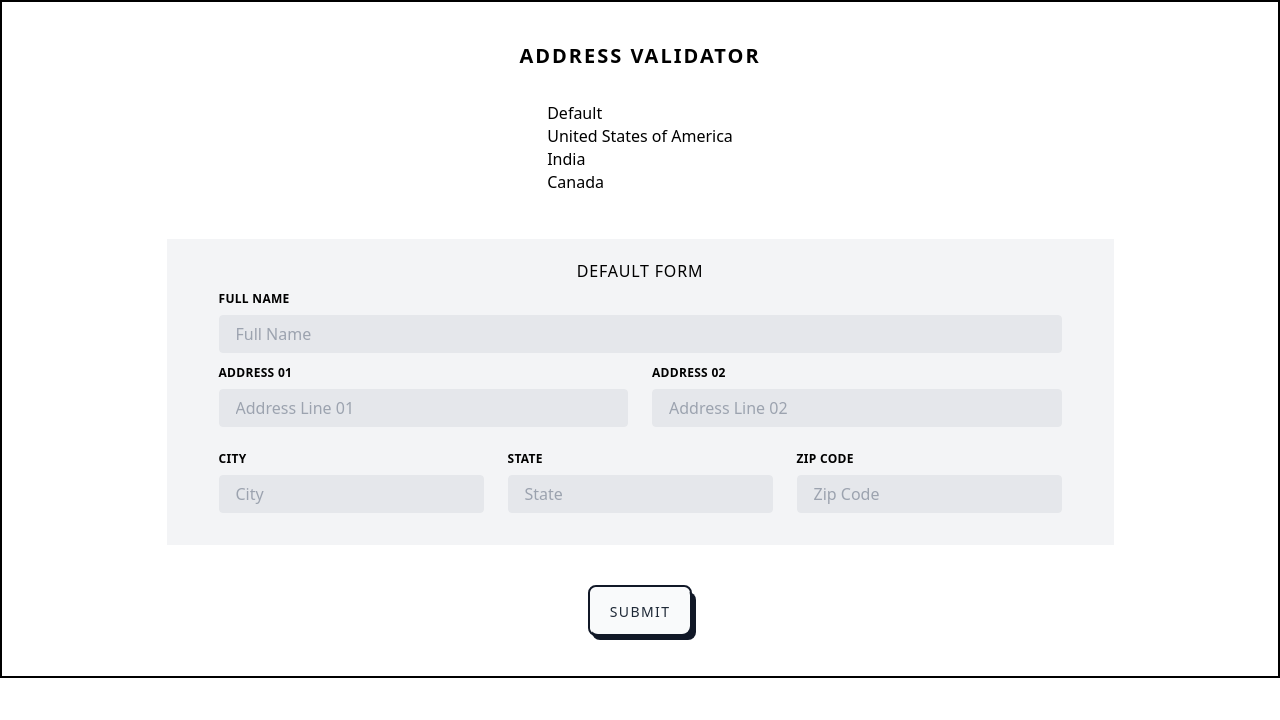
Repository: jay-singhvi/SWArchDesign_TeamProject
Page: / (app in frontend/address-validation/)
The author's editor kept a copy of each file at every save. The page is drawn from the files as they stood at one save, then again after the next save.
The browser window is 1280 px wide. The pictures show the whole page.
The project was rebuilt for these pictures with package versions that can differ from the ones it lists, and the page was loaded fresh each time. Also part of the build but not shown: frontend/address-validation/src/App.css.

Above is the page before, as saved 2023-03-07 18:14:59.

After the next save:
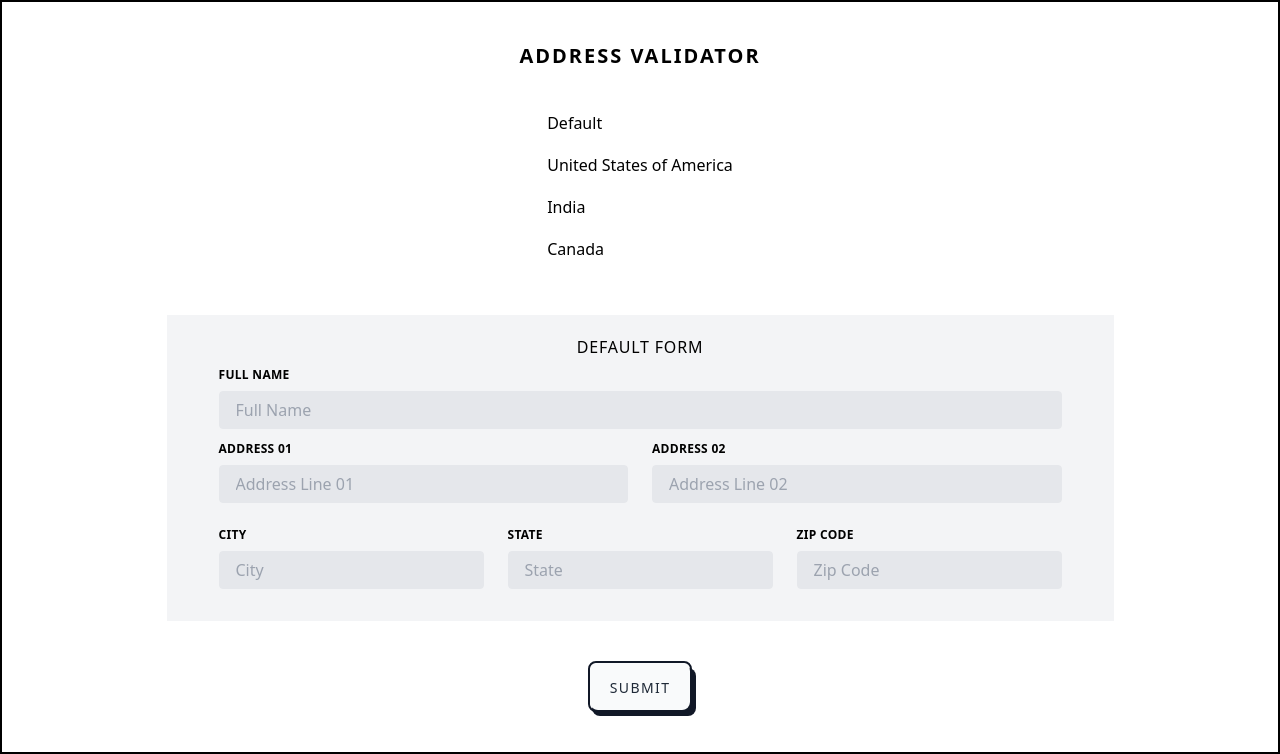
Saved 31 s later.
--- a/frontend/address-validation/src/App.js
+++ b/frontend/address-validation/src/App.js
@@ -164,7 +164,7 @@ function App() {
           >
             {countries.map((country) => (
               <option
-              style={{cursor:"pointer"}}
+              style={{cursor:"pointer", padding:10}}
               // className=" cursor-pointer uppercase tracking-widest p-2 hover:bg-gray-300"
                 key={country.name}
                 value={country.name}
